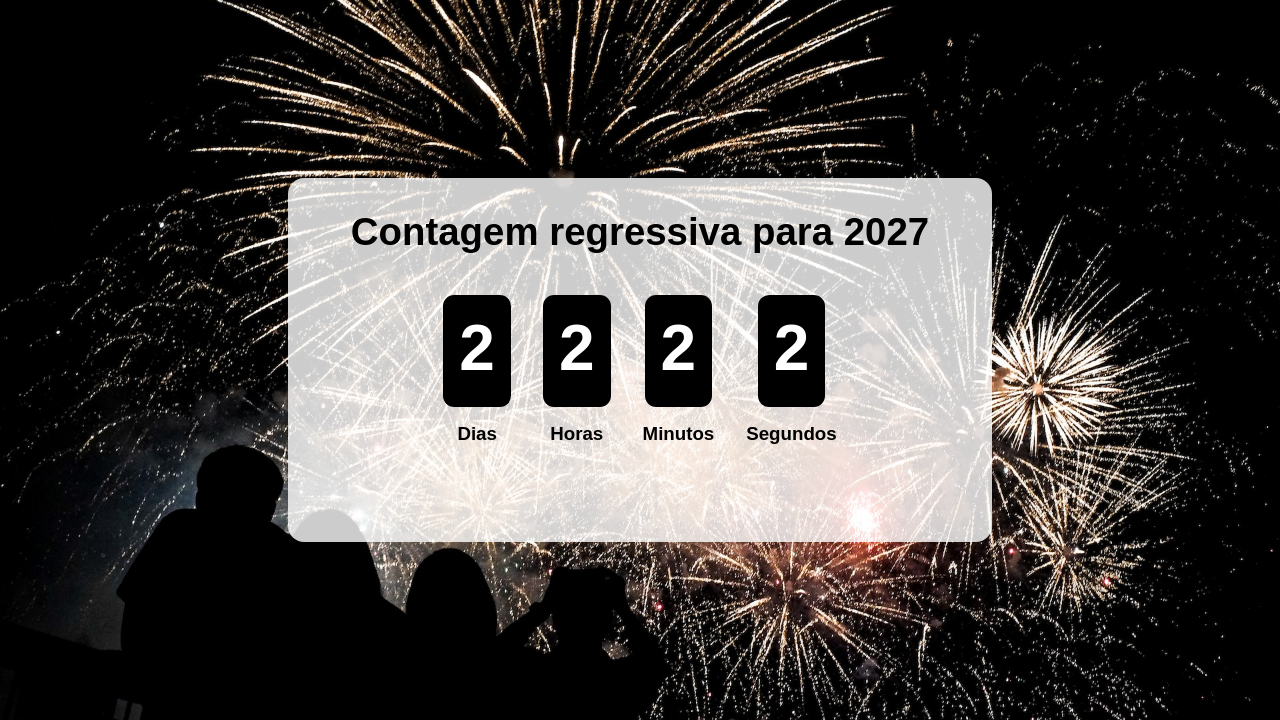
Repository: Bitroia/countdown_timer
Page: / (app in countdown/)
An editor plug-in stored every save of this project. The page is shown before and after the next save, followed by the edit.
The browser window is 1280 px wide. The pictures show the whole page.
The project was rebuilt for these pictures with package versions that can differ from the ones it lists, and the page was loaded fresh each time. Also part of the build but not shown: countdown/vite.config.js.

Above is the page before, as saved 2026-07-07 19:14:40.

### countdown/index.html
<!doctype html>
<html lang="en">
  <head>
    <meta charset="UTF-8" />
    <link rel="icon" type="image/svg+xml" href="/favicon.svg" />
    <meta name="viewport" content="width=device-width, initial-scale=1.0" />
    <title>countdown</title>
  </head>
  <body>
    <div id="root"></div>
    <script type="module" src="/src/main.jsx"></script>
  </body>
</html>

### countdown/src/index.css
* {
  margin: 0;
  padding: 0;
  font-family: Arial, Helvetica, sans-serif;

}

body {
  min-height: 100vh;
}

### countdown/src/App.jsx
import "./App.css";
import Title from "./components/Title";
import Counter from "./components/Counter";
import NewYear from "./assets/newyear.jpg";

function App() {
  return (

    <div className="app" style={{ backgroundImage: `url(${NewYear})` }}>
      <div className="container">
        <Title title="Contagem regressiva para 2027" />
        <div className="countdown-container">
          <Counter title="Dias" number={2} />
          <Counter title="Horas" number={2} />
          <Counter title="Minutos" number={2} />
          <Counter title="Segundos" number={2} />
        </div>
      </div>
    </div>
  );
}

export default App;

### countdown/src/App.css
.app {
  min-height: 100vh;
  background-size: cover;
  background-position: center;
  display: flex;
  justify-content: center;
  align-items: center;
}

.container {
  min-width: 50%;
  min-height: 300px;
  background-color: rgba(255, 255, 255, 0.8);
  padding: 2rem;
  border-radius: 1rem;
}

.countdown-container {
  display: flex;
  justify-content: center;
  align-items: center;
  height: 200px;
  gap: 2rem;
}

### countdown/src/components/Title.jsx
import React from 'react'
import './Title.css'

const Title = ({title}) => {
  return (
    <h1 className='title'>{title}</h1>
  )
}

export default Title

### countdown/src/components/Counter.jsx
import React from "react";
import "./Counter.css";

const Counter = ({ title, number }) => {
  return (
    <div className="counter">
      <p className="counter-number">{number}</p>
      <h3 className="counter-text">{title}</h3>
    </div>
  );
};

export default Counter;

### countdown/src/components/Title.css
.title {
  text-align: center;
  margin-bottom: 1rem;
  font-size: 2.4rem;
}

### countdown/src/components/Counter.css
.counter{
    display: flex;
    flex-direction: column;
    align-items: center;
    gap: 1rem;
    justify-content: center;
}

.counter-number{
    background-color: #000;
    color: #fff;
    padding: 1rem;
    border-radius: 0.7rem;
    font-weight: bold;
    font-size: 4rem;
    min-height: 80px;
    text-align: center;
    min-width: ;
}

Loaded but not shown: countdown/src/main.jsx (common file)

After the next save:
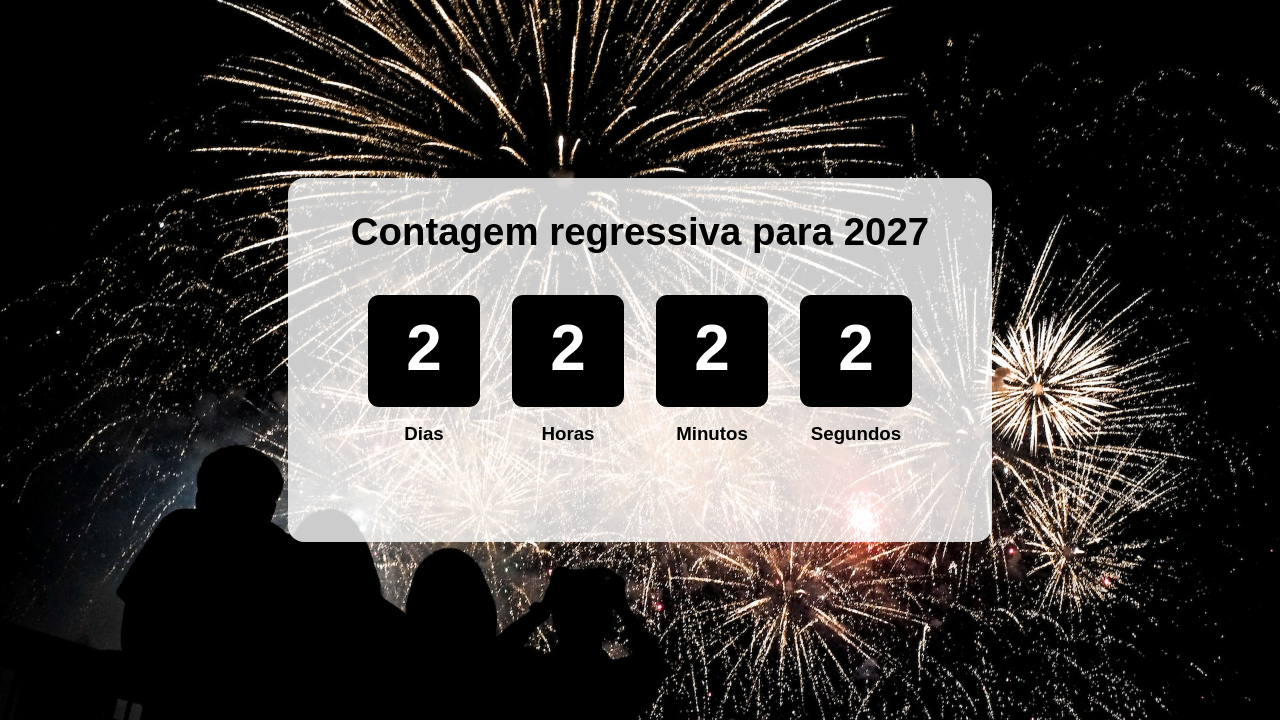
Saved 4 s later.
--- a/countdown/src/components/Counter.css
+++ b/countdown/src/components/Counter.css
@@ -15,5 +15,5 @@
     font-size: 4rem;
     min-height: 80px;
     text-align: center;
-    min-width: ;
+    min-width: 80px;
 }
